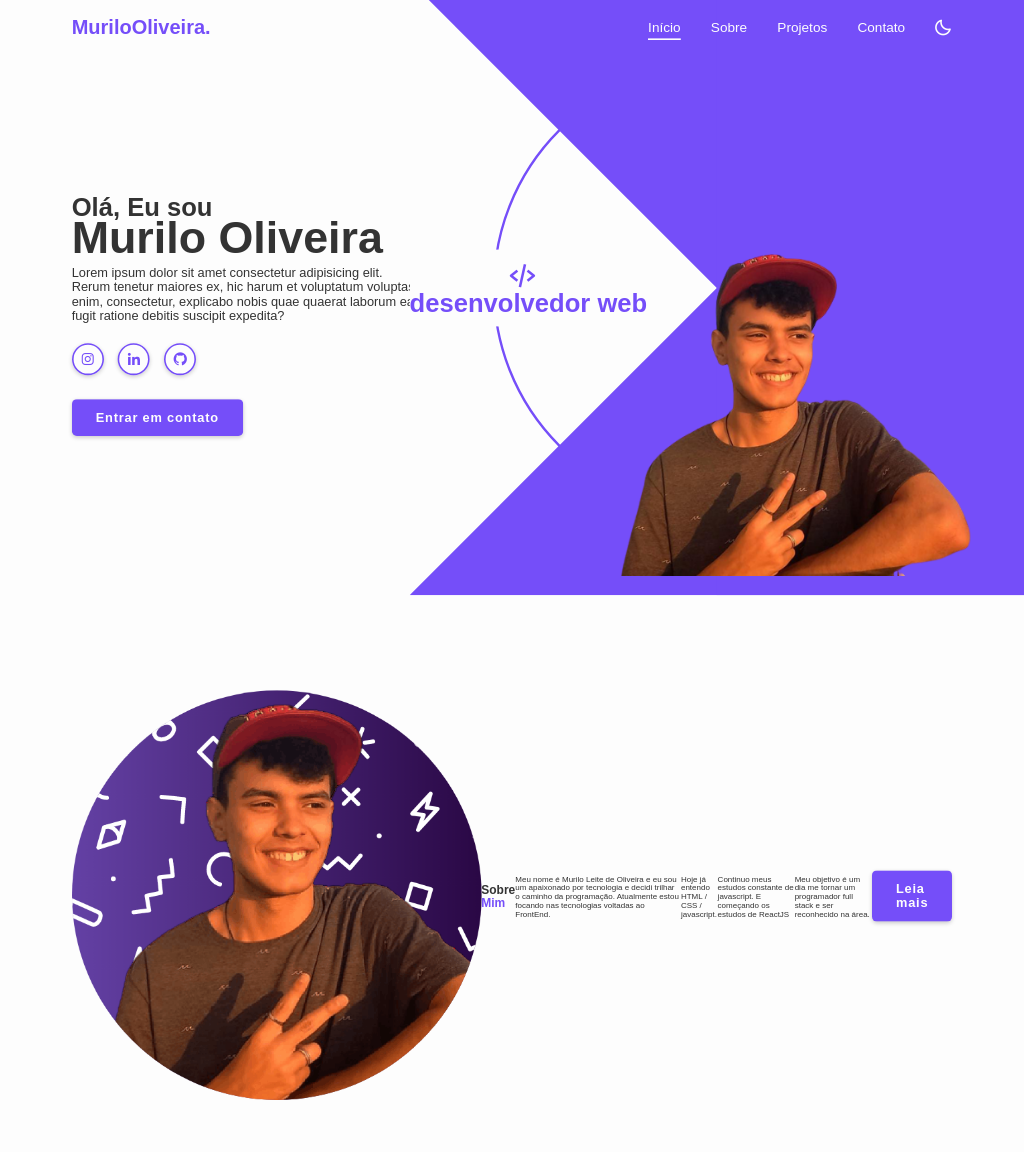
Repository: devMuriloOliveira/Portfolio-
Page: index.html
An editor plug-in stored every save of this project. The page is shown before and after the next save, followed by the edit.
The browser window is 1280 px wide. The pictures show the whole page, at 80% of full size.

Above is the page before, as saved 2023-03-11 16:07:18.

### index.html
<!DOCTYPE html>
<html lang="en">
  <head>
    <meta charset="UTF-8" />
    <meta http-equiv="X-UA-Compatible" content="IE=edge" />
    <meta name="viewport" content="width=device-width, initial-scale=1.0" />
    <title>Murilo Oliveira</title>

    <!--box icons-->
    <link
      href="https://unpkg.com/boxicons@2.1.4/css/boxicons.min.css"
      rel="stylesheet"
    />

    <!--font-->
    <link
      rel="stylesheet"
      href="https://fonts.googleapis.com/css2?family=Material+Symbols+Outlined:opsz,wght,FILL,GRAD@20..48,100..700,0..1,-50..200"
    />

    <!--css-->
    <link rel="stylesheet" href="style.css" />
  </head>
  <body>
    <header class="header">
      <a class="logo" href="#">Murilo<span>Oliveira</span>.</a>

      <nav class="navbar">
        <a href="#inicio" class="active">Início</a>
        <a href="#sobre">Sobre</a>
        <a href="#projetos">Projetos</a>
        <a href="#contato">Contato</a>
      </nav>

      <div class="bx bx bx-moon" id="darkMode-icon"></div>
    </header>

    <!------------inicio------------>

    <section class="inicio" id="inicio">
      <div class="inicio-content">
        <h3>Olá, Eu sou</h3>
        <h1>Murilo Oliveira</h1>
        <p>
          Lorem ipsum dolor sit amet consectetur adipisicing elit. Rerum tenetur
          maiores ex, hic harum et voluptatum voluptas enim, consectetur,
          explicabo nobis quae quaerat laborum ea fugit ratione debitis suscipit
          expedita?
        </p>

        <div class="social-media">
          <a href="#"><i class="bx bxl-instagram"></i></a>
          <a href="#"><i class="bx bxl-linkedin"></i></a>
          <a href="#"><i class="bx bxl-github"></i></a>
        </div>

        <a href="#" class="btn">Entrar em contato</a>
      </div>

      <div class="profession-container">
        <div class="profession-box">
          <div class="profession" style="--i: 0">
            <i class="bx bx-code-alt"></i>
            <h3>desenvolvedor web</h3>
          </div>
          <div class="profession" style="--i: 1">
            <i class="bx bx-code-alt"></i>
            <h3>desenvolvedor web</h3>
          </div>
          <div class="profession" style="--i: 2">
            <i class="bx bx-code-alt"></i>
            <h3>desenvolvedor web</h3>
          </div>
          <div class="profession" style="--i: 3">
            <i class="bx bx-code-alt"></i>
            <h3>desenvolvedor web</h3>
          </div>
          <div class="circle"></div>
        </div>

        <div class="overlay"></div>
      </div>

      <div class="inicio-img">
        <img src="assets/homem_sorrindo-removebg-preview.png" alt="" />
      </div>
    </section>

    <!------------sobre------------>

    <section class="sobre" id="sobre">
      <div class="sobre-img">
        <img src="/assets/profile-pic (4).png" alt="" />
      </div>

      <div class="sobre content">
        <h2 class="heading">Sobre <span>Mim</span></h2>

        <p>
          Meu nome é Murilo Leite de Oliveira e eu sou um apaixonado por
          tecnologia e decidi trilhar o caminho da programação. Atualmente estou
          focando nas tecnologias voltadas ao FrontEnd.
        </p>
        <br />
        <p>Hoje já entendo HTML / CSS / javascript.</p>
        <br />
        <p>
          Continuo meus estudos constante de javascript. E começando os estudos
          de ReactJS
        </p>
        <br />
        <p>
          Meu objetivo é um dia me tornar um programador full stack e ser
          reconhecido na área.
        </p>

        <a href="#" class="btn">Leia mais</a>
      </div>
    </section>

    <script src="js/script.js"></script>
  </body>
</html>

### style.css
*{
  margin: 0;
  padding: 0;
  box-sizing: border-box;
  text-decoration: none;
  border: none;
  outline: none;
  scroll-behavior: smooth;
  font-family: 'Poppins', sans-serif;
}

:root{
  --bg-color: #fdfdfd;
  --text-color: #333;
  --main-color: #754ef9;
  --white-color: #fdfdfd;
  --shadow-color: rgba(0, 0, 0, .2);
}

html{
  font-size: 62.5%;
  overflow-x: hidden;
}

body{
  background: var(--bg-color);
  color: var(--text-color);
}

.header{
  position: fixed;
  top: 0;
  left: 0;
  width: 100%;
  padding: 2rem 7%;
  background: transparent;
  display: flex;
  align-items: center;
  z-index: 100;
}

.logo{
  font-size: 2.5rem;
  color: var(--main-color);
  font-weight: 600;
  cursor: default;
  margin-right: auto;
}

.navbar a{
  position: relative;
  font-size: 1.7rem;
  color: var(--white-color);
  font-weight: 500;
  margin-right: 3.5rem;
}

.navbar a.active::before{
  content: '';
  position: absolute;
  left: 0;
  bottom: -6px;
  width: 100%;
  height: .2rem;
  background: var(--white-color);
}

#darkMode-icon{
  font-size: 2.4rem;
  color: var(--white-color);
  cursor: pointer;
}

section{
  min-height: 100vh;
  padding: 10rem 7% 2rem;
}

.inicio{
  display: flex;
  align-items: center;
}

.inicio .inicio-content{
  max-width: 44rem;
}

.inicio-content h3{
  font-size: 3.2rem;
  font-weight: 700;
  line-height: .3;
}

.inicio-content h1{
  font-size: 5.6rem;
  font-weight: 700;
  margin-bottom: .3rem;
}

.inicio-content p{
  font-size: 1.6rem;
}

.inicio-content .social-media a{
  display: inline-flex;
  justify-content: center;
  align-items: center;
  width: 4rem;
  height: 4rem;
  background: transparent;
  border: .2rem solid var(--main-color);
  border-radius: 50%;
  box-shadow: 0 .2rem .5rem var(--shadow-color);
  font-size: 2rem;
  color: var(--main-color);
  margin: 2.5rem 1.5rem 3rem 0;
  transition: .5s ease;
}

.inicio-content .social-media a:hover{
  background: var(--main-color);
  color: var(--white-color);
}

.btn{
  display: inline-block;
  padding: 1.2rem 2.8rem;
  background: var(--main-color);
  border-radius: .6rem;
  box-shadow: 0 .2rem .5rem var(--shadow-color);
  font-size: 1.6rem;
  color: var(--white-color);
  letter-spacing: .1rem;
  font-weight: 600;
  border: .2rem solid transparent;
  transition: .5s ease;
}

.btn:hover{
  background: transparent;
  color: var(--main-color);
  border-color: var(--main-color);
}

.inicio .profession-container{
  position: absolute;
  top: 50%;
  right: 0;
  transform: translateY(-50%);
  width: 768px;
  height: 768px;

  overflow: hidden;
  pointer-events: none;
}

.inicio .profession-container .profession-box{
  position: absolute;
  top: 0;
  right: 0;
  width: 768px;
  height: 768px;
  border-radius: 50%;
  display: flex;
  justify-content: center;
  align-items: center;
}

.inicio .profession-box .profession{
  position: absolute;
  left: 0;
  display: flex;
  align-items: center;
  flex-direction: column;
  color: var(--main-color);
  transform: rotate(calc(360deg / 4 * var(--i)));
  transform-origin: 384px;
  background: var(--bg-color);
  padding: 13px 0;
}

.inicio .profession-box .profession:nth-child(1) i {
  margin-right: 15px;
}

.inicio .profession-box .profession:nth-child(2),
.inicio .profession-box .profession:nth-child(4) {
  padding-bottom: 20px;
}

.inicio .profession i{
  font-size: 3.8rem;
}

.inicio .profession h3{
  font-size: 3.2rem;
  line-height: 1;
  font-weight: 600;
}

.inicio .profession-box .circle{
  width: 560px;
  height: 560px;

  border: 3px solid var(--main-color);
  border-radius: 50%;
}

.inicio .profession-container .overlay{
  position: absolute;
  top: 0;
  right: 0;
  width: 0;
  height: 0;
  border-top: 384px solid var(--main-color);
  border-right: 384px solid var(--main-color);
  border-bottom: 384px solid var(--main-color);
  border-left: 384px solid transparent;

}

.inicio-img img{
  position: absolute;
  bottom: 0;
  right: 0;
  width: 50%;
  pointer-events: none;
}

span{
  color: var(--main-color);
}

.sobre{
  display: flex;
  justify-content: center;
  align-items: center;
}

.sobre-img img{
  width: 40vw;
}

Loaded but not shown: js/script.js (no copy from this time; the picture is the same without it)

After the next save:
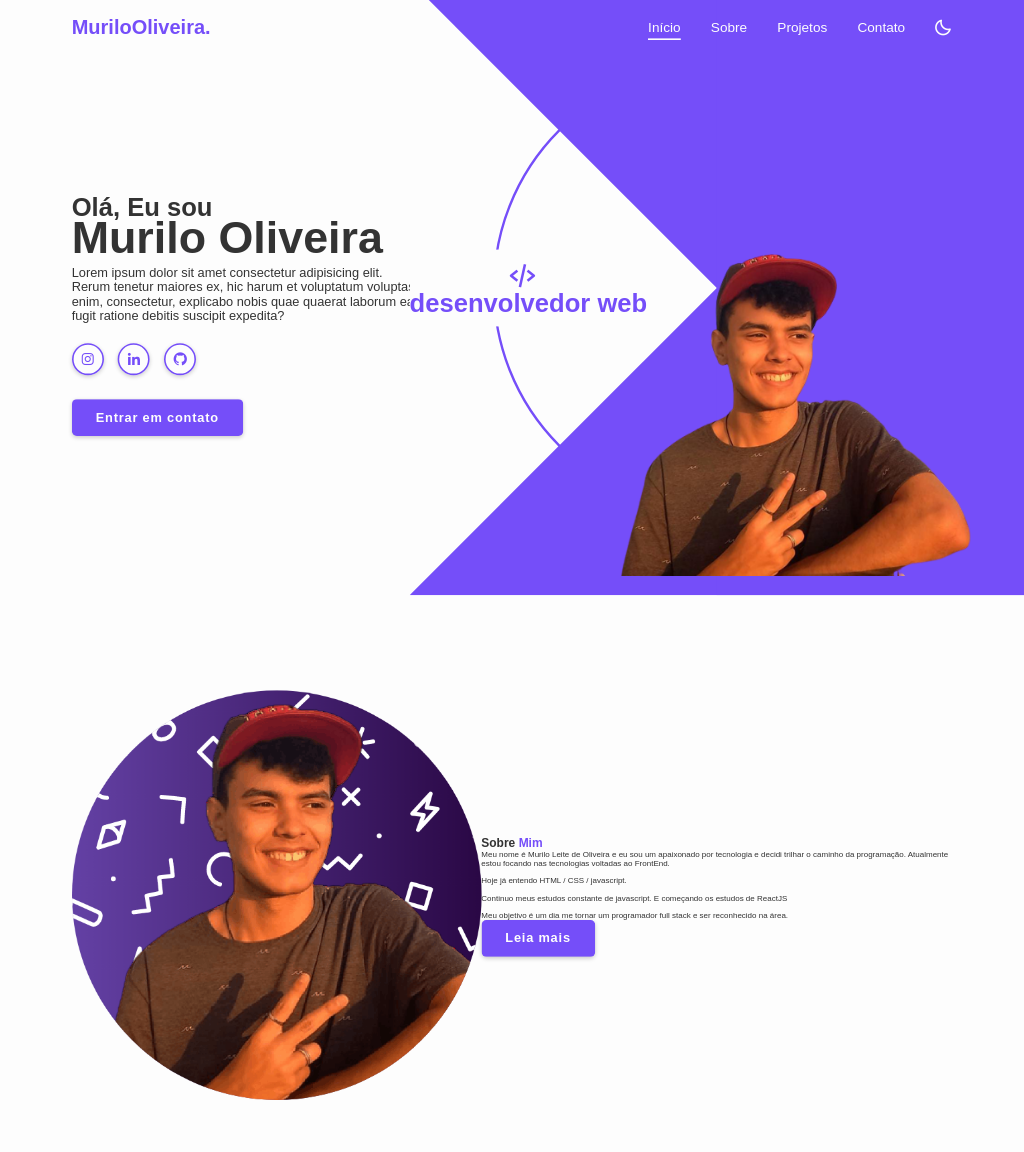
Saved 69 s later.
--- a/index.html
+++ b/index.html
@@ -93,7 +93,7 @@
         <img src="/assets/profile-pic (4).png" alt="" />
       </div>
 
-      <div class="sobre content">
+      <div class="sobre-content">
         <h2 class="heading">Sobre <span>Mim</span></h2>
 
         <p>
